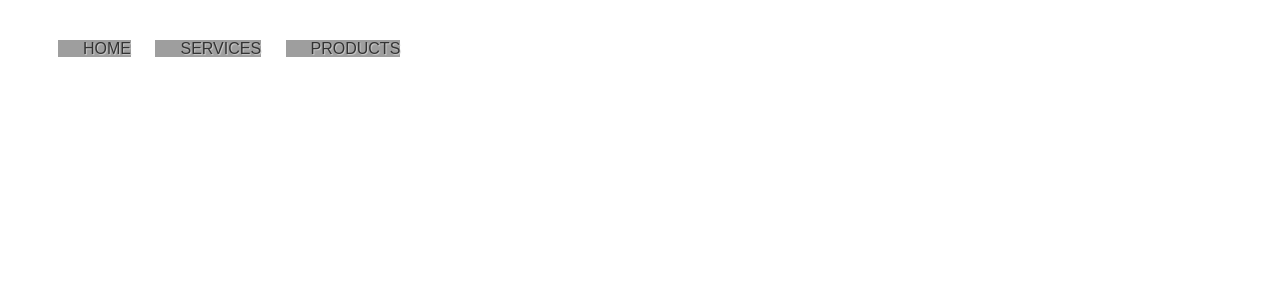
Repository: LtGriff/capstoneprogress
Page: index.html
These files come from the project's save history. The page is drawn as it stood at one moment and after the next save; the edit follows.
The browser window is 1280 px wide. The pictures show the whole page.
Pictures or frames that could not be fetched are drawn as grey boxes.

Above is the page before, as saved 2022-06-05 23:51:07.

After the next save:
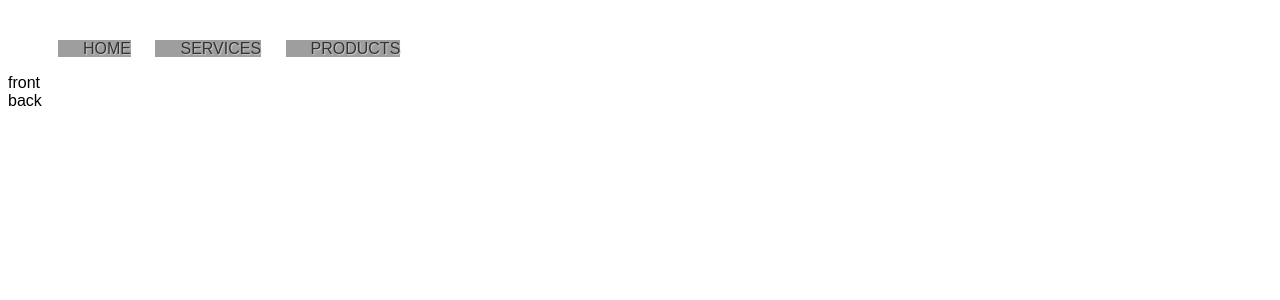
Saved 8 s later.
--- a/index.html
+++ b/index.html
@@ -20,7 +20,12 @@
 
 
 
-
+<div class="scene">
+     <div class="card">
+       <div class="card__face card__face--front">front</div>
+       <div class="card__face card__face--back">back</div>
+     </div>
+   </div>
 
 
 
